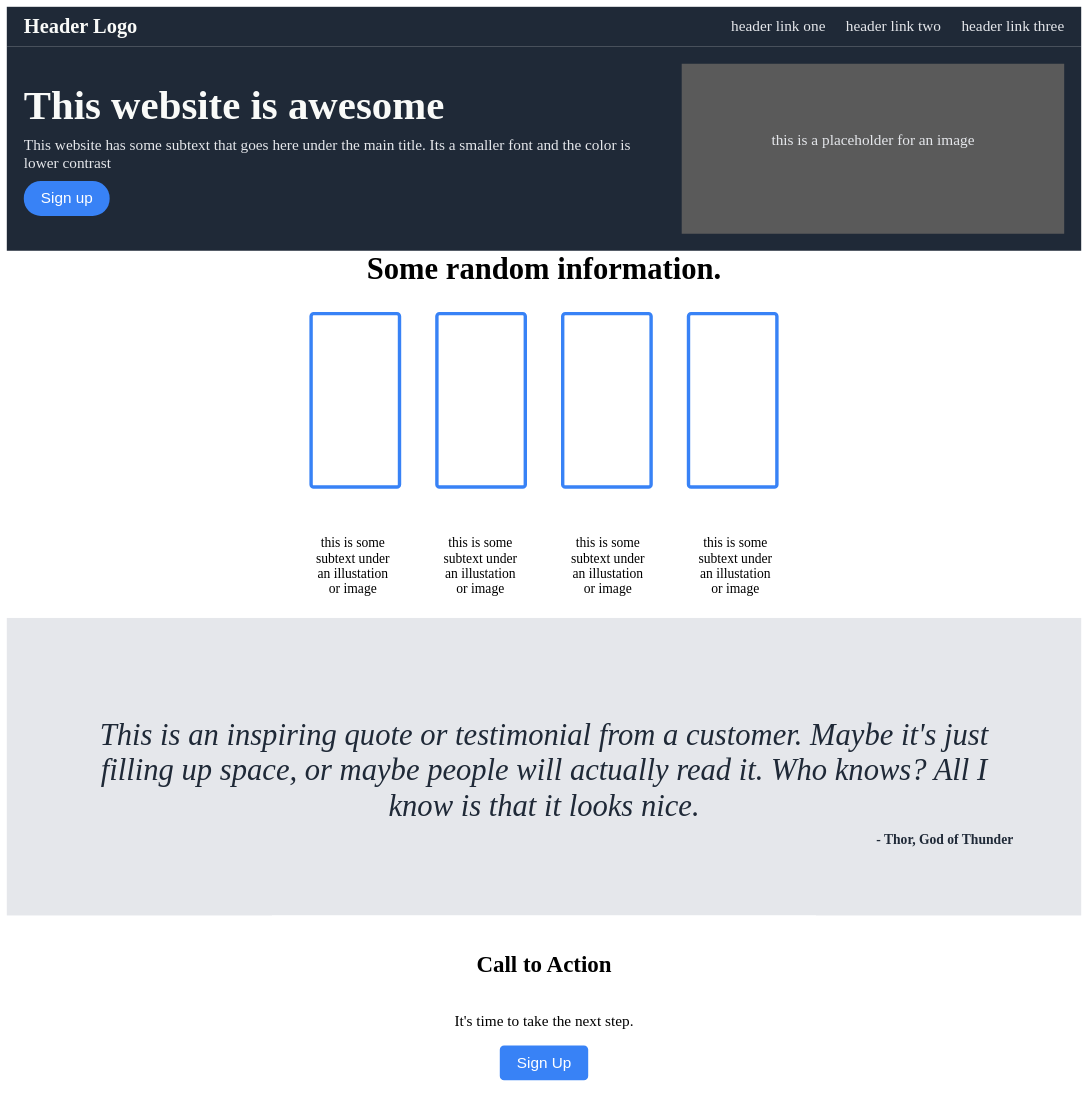
Repository: mnhardy1504/odin-recipes1
Page: flexboxlanding/index.html
The author's editor kept a copy of each file at every save. The page is drawn from the files as they stood at one save, then again after the next save.
The browser window is 1280 px wide. The pictures show the whole page, at 85% of full size.

Above is the page before, as saved 2023-09-13 13:22:41.

After the next save:
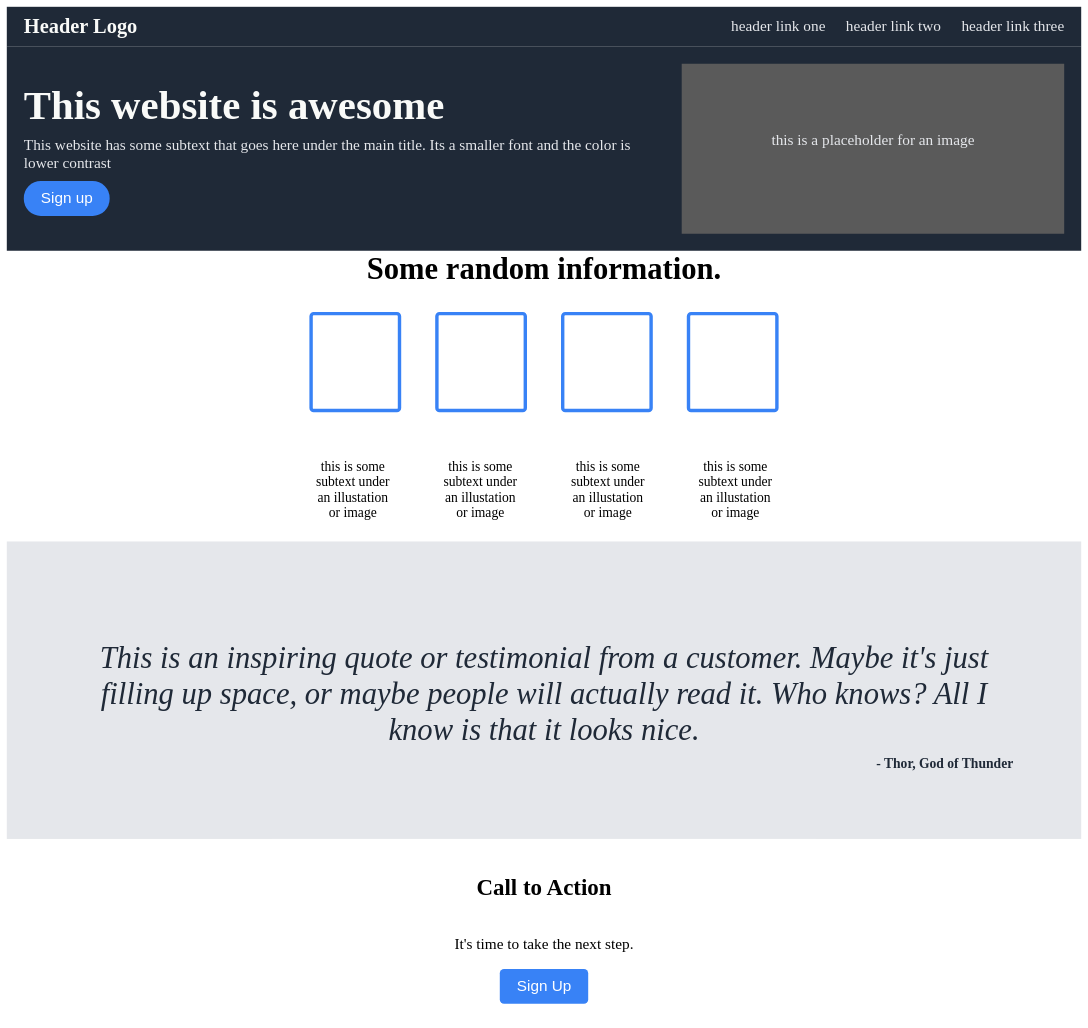
Saved 8 s later.
--- a/flexboxlanding/index.css
+++ b/flexboxlanding/index.css
@@ -89,7 +89,7 @@ h1 {
     color: white;
     margin: 20px;
     border-radius: 5px;
-    padding-bottom: 100px;
+    padding-bottom: 10px ;
 }
 
 .text-container {
